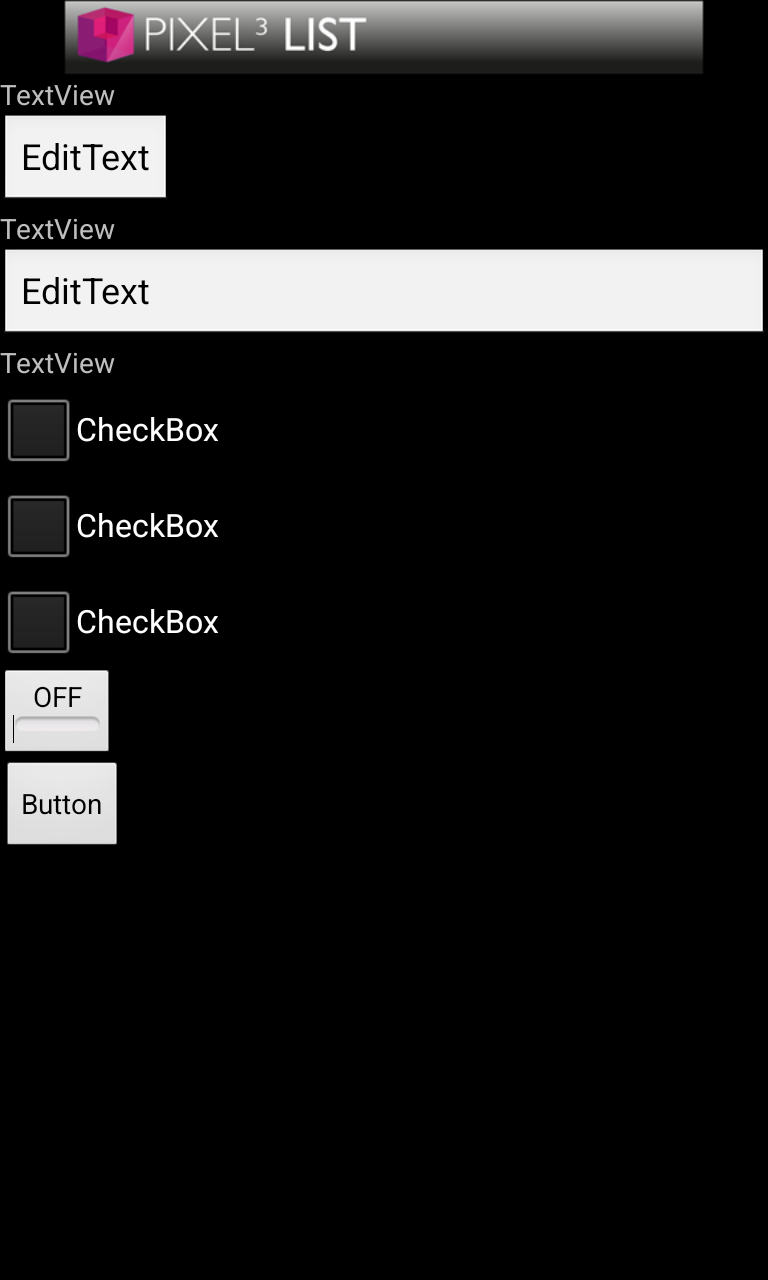
Repository: pixel3mobi/listaDigital
Layout: Pixel3List/res/layout/formaluno.xml
These files come from the project's save history. The layout is drawn as it stood at one moment and after the next save; the edit follows.
It is drawn on a 768 x 1280 px phone screen (xhdpi) without system bars, with theme android:Theme; the app's code is not run.

Above is the layout before, as saved 2011-03-22 12:34:55.

After the next save:
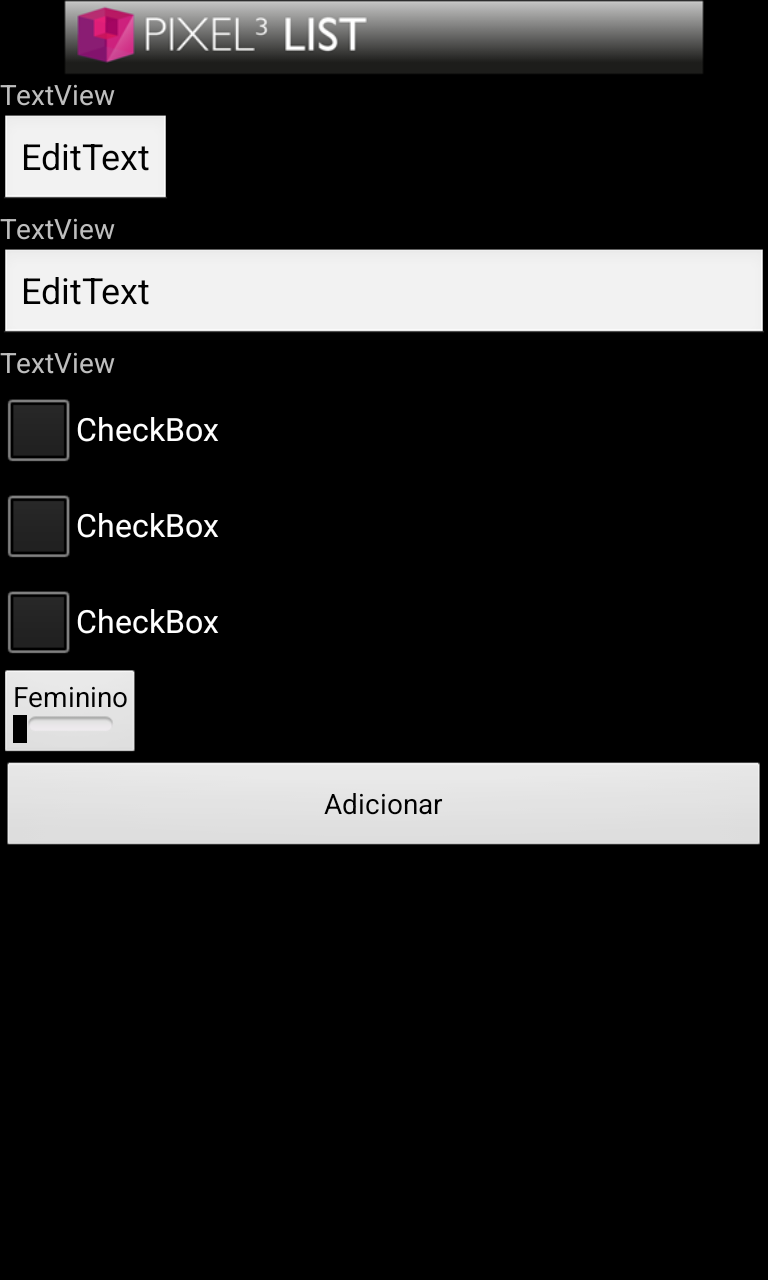
Saved 82 s later.
--- a/Pixel3List/res/layout/formaluno.xml
+++ b/Pixel3List/res/layout/formaluno.xml
@@ -18,35 +18,50 @@
 			android:id="@+id/linearLayout1"
 			android:layout_width="fill_parent"
 			android:layout_height="fill_parent">
-			<TextView android:text="TextView" android:id="@+id/textView1"
+			<TextView
+				android:text="TextView" android:id="@+id/textView1"
 				android:layout_width="wrap_content" android:layout_height="wrap_content">
 			</TextView>
-			<EditText android:layout_height="wrap_content" android:text="EditText"
+			<EditText
+				android:layout_height="wrap_content" android:text="EditText"
 				android:id="@+id/editText1" android:layout_width="wrap_content">
 			</EditText>
-			<TextView android:text="TextView" android:id="@+id/textView2"
+			<TextView
+				android:text="TextView" android:id="@+id/textView2"
 				android:layout_width="wrap_content" android:layout_height="wrap_content">
 			</TextView>
-			<EditText android:layout_height="wrap_content" android:text="EditText"
+			<EditText
+				android:layout_height="wrap_content" android:text="EditText"
 				android:id="@+id/editText2" android:layout_width="fill_parent">
 			</EditText>
-			<TextView android:text="TextView" android:id="@+id/textView3"
+			<TextView
+				android:text="TextView" android:id="@+id/textView3"
 				android:layout_width="wrap_content" android:layout_height="wrap_content">
 			</TextView>
-			<CheckBox android:text="CheckBox" android:id="@+id/checkBox1"
+			<CheckBox
+				android:text="CheckBox" android:id="@+id/checkBox1"
 				android:layout_width="wrap_content" android:layout_height="wrap_content">
 			</CheckBox>
-			<CheckBox android:text="CheckBox" android:id="@+id/checkBox2"
+			<CheckBox
+				android:text="CheckBox" android:id="@+id/checkBox2"
 				android:layout_width="wrap_content" android:layout_height="wrap_content">
 			</CheckBox>
-			<CheckBox android:text="CheckBox" android:id="@+id/checkBox3"
+			<CheckBox
+				android:text="CheckBox" android:id="@+id/checkBox3"
 				android:layout_width="wrap_content" android:layout_height="wrap_content">
 			</CheckBox>
-			<ToggleButton android:text="ToggleButton" android:id="@+id/toggleButton1"
-				android:layout_width="wrap_content" android:layout_height="wrap_content">
+			<ToggleButton
+				android:textOn="Masculino"
+				android:textOff="Feminino"
+				android:id="@+id/toggleButton1"
+				android:layout_width="wrap_content"
+				android:layout_height="wrap_content">
 			</ToggleButton>
-			<Button android:text="Button" android:id="@+id/button1"
-				android:layout_width="wrap_content" android:layout_height="wrap_content">
+			<Button
+				android:text="Adicionar"
+				android:id="@+id/btnAdicionar"
+				android:layout_width="fill_parent"
+				android:layout_height="wrap_content">
 			</Button>
 		</LinearLayout>
 	</ScrollView>
